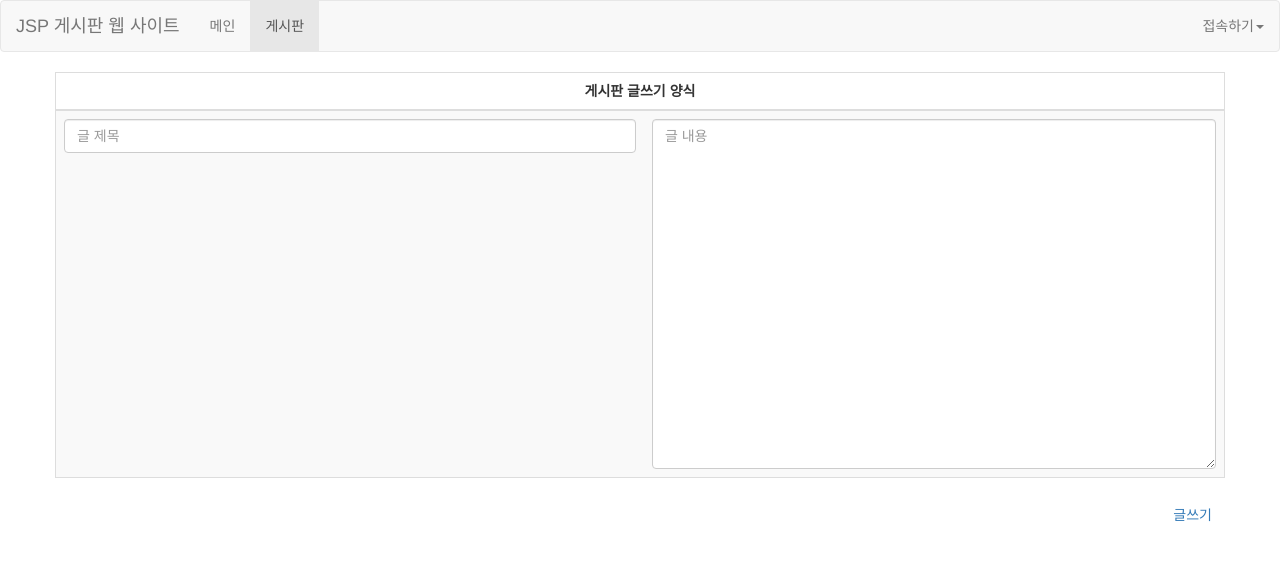
Repository: ehdgus0221/JAVA
Page: http://localhost/BBS/write.jsp
These files come from the project's save history. The page is drawn as it stood at one moment and after the next save; the edit follows.
The browser window is 1280 px wide. The pictures show the whole page.
Some web libraries are served in a nearby version. The page is served by Tomcat 9.

Above is the page before, as saved 2022-12-24 05:55:11.

After the next save:
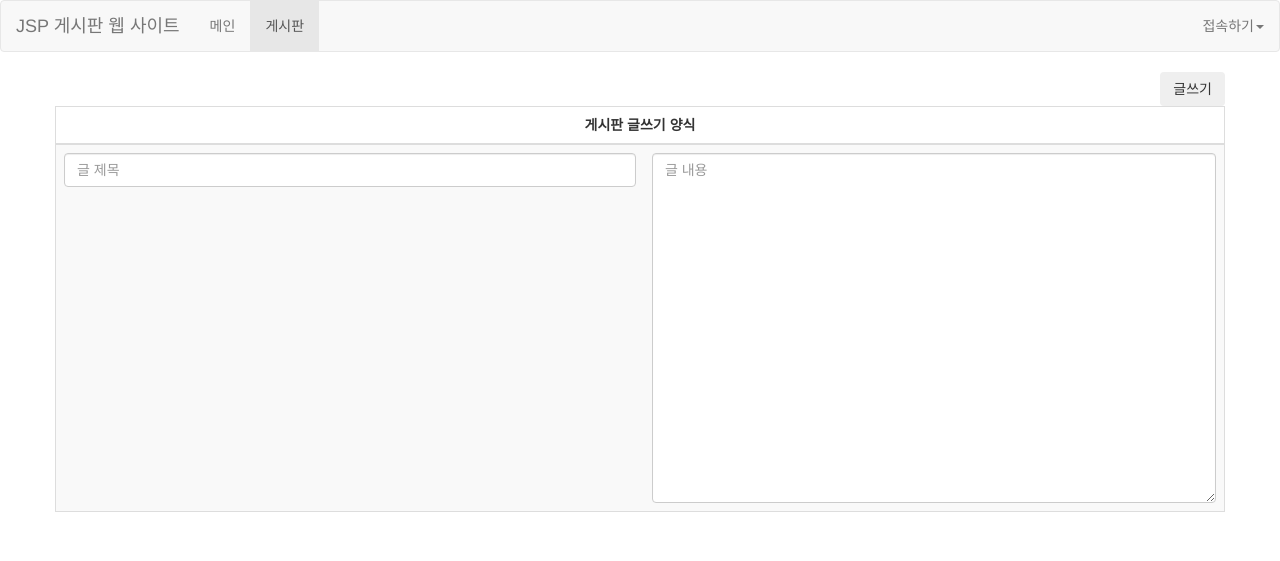
Saved 72 s later.
--- a/Board-Basic/projects/BBS/src/main/webapp/write.jsp
+++ b/Board-Basic/projects/BBS/src/main/webapp/write.jsp
@@ -83,8 +83,9 @@
 						<td><textarea type="text" class="form-control" placeholder="글 내용" name="bbsContent" maxlength="2048" style="height: 350px;"></textarea></td>
 					</tr>
 				</tbody>
+				<input type="submit" class="btn btn:primary pull-right" value="글쓰기">
 			</table>
-			<a href="write.jsp" class="btn btn:primary pull-right">글쓰기</a>
+
 		</div>
 	</div>
 	<!-- 애니메이션 기능으로 script 태그 사용 -->
